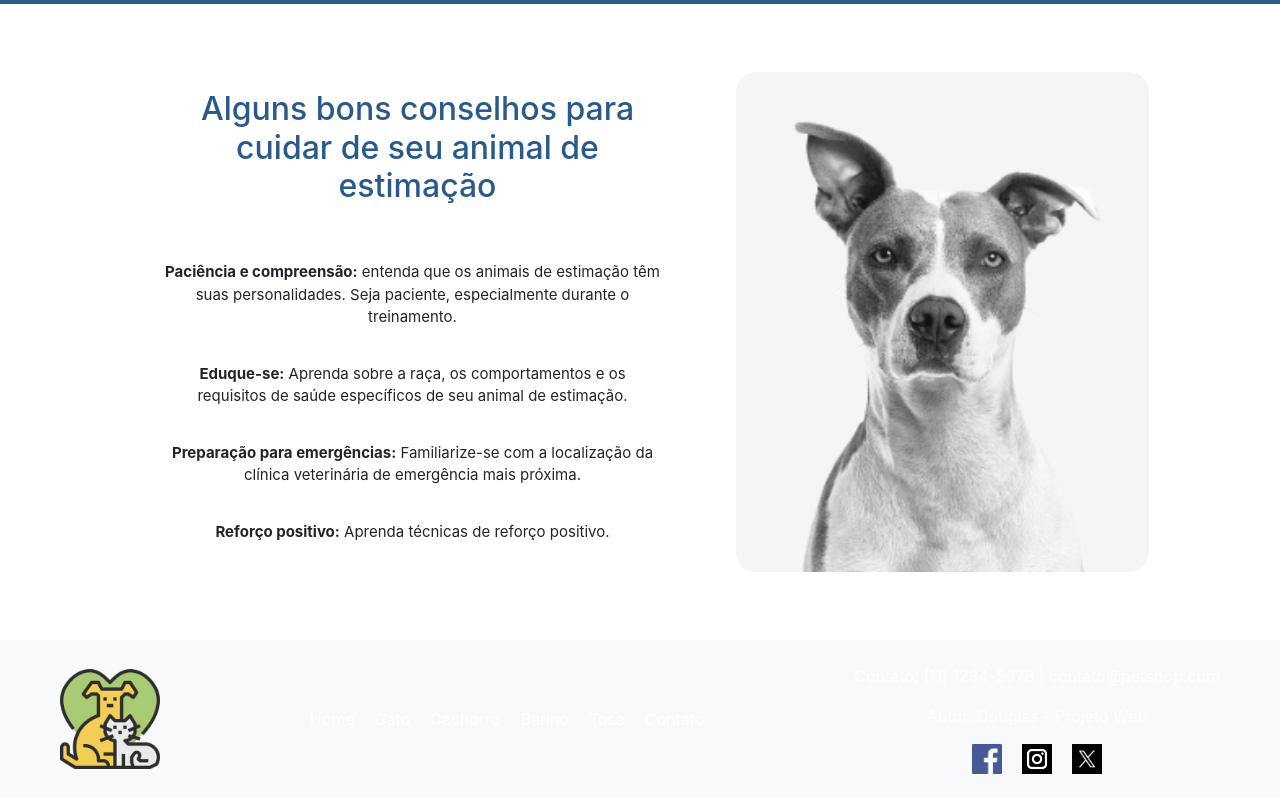
Repository: graeff01/petshop-project
Page: index.html
The author's editor kept a copy of each file at every save. The page is drawn from the files as they stood at one save, then again after the next save.
The browser window is 1280 px wide. The pictures show the part of the page from y = 1258 to 2056 px (the page is 2056 px tall).
A picture or video elsewhere on the page could not be fetched, so the positions and the page height are approximate.

Above is the page before, as saved 2024-09-18 11:07:17.

### index.html
<!DOCTYPE html>
<html lang="pt-br">
<head>
    <meta charset="UTF-8">
    <meta name="viewport" content="width=device-width, initial-scale=1.0">
    <title>PetShop - Home</title>
    <link rel="stylesheet" href="css/style.css">
    <link href="https://maxcdn.bootstrapcdn.com/bootstrap/4.5.2/css/bootstrap.min.css" rel="stylesheet">
</head>
<body>
    <!-- Cabeçalho com menu de navegação -->
    <header class="blue-background text-center p-4">
        <h1>Encontre tudo o que você precisa para seu animal de estimação</h1>
        <nav>
            <ul class="nav justify-content-center">
                <li class="nav-item">
                    <a class="nav-link active" href="index.html">Home</a>
                </li>
                <li class="nav-item">
                    <a class="nav-link" href="gato.html">Serviço para Gatos</a>
                </li>
                <li class="nav-item">
                    <a class="nav-link" href="dog.html">Serviço para Cachorros</a>
                </li>
                <li class="nav-item">
                    <a class="nav-link" href="banho.html">Banho</a>
                </li>
                <li class="nav-item">
                    <a class="nav-link" href="tosa.html">Tosa</a>
                </li>
                <li class="nav-item">
                    <a class="nav-link" href="contato.html">Contato</a>
                </li>
            </ul>
        </nav>
    </header>

    <!-- Carrossel de Imagens -->
    <section class="carousel-section container mt-5">
        <div id="carouselExampleIndicators" class="carousel slide" data-ride="carousel">
            <ol class="carousel-indicators">
                <li data-target="#carouselExampleIndicators" data-slide-to="0" class="active"></li>
                <li data-target="#carouselExampleIndicators" data-slide-to="1"></li>
                <li data-target="#carouselExampleIndicators" data-slide-to="2"></li>
            </ol>
            <div class="carousel-inner">
                <div class="carousel-item active">
                    <img class="d-block w-100" src="img/cat.png" alt="Primeira imagem">
                </div>
                <div class="carousel-item">
                    <img class="d-block w-100" src="img/dog.png" alt="Segunda imagem">
                </div>
                <div class="carousel-item">
                    <img class="d-block w-100" src="img/dog.png" alt="Terceira imagem">
                </div>
            </div>
            <a class="carousel-control-prev" href="#carouselExampleIndicators" role="button" data-slide="prev">
                <span class="carousel-control-prev-icon" aria-hidden="true"></span>
                <span class="sr-only">Previous</span>
            </a>
            <a class="carousel-control-next" href="#carouselExampleIndicators" role="button" data-slide="next">
                <span class="carousel-control-next-icon" aria-hidden="true"></span>
                <span class="sr-only">Next</span>
            </a>
        </div>
    </section>

    <!-- Seção principal -->
    <main class="container mt-5">
        <input type="text" placeholder="Procurar" class="form-control w-50 mx-auto my-3 search-bar">
        <div class="d-flex justify-content-center mb-4">
            <div class="animal-category mx-2">
                <a href="gato.html">
                    <div class="image-container">
                        <img src="img/cat.png" alt="Cats" class="img-thumbnail">
                        <div class="overlay">Cats</div>
                    </div>
                </a>
            </div>
            <div class="animal-category mx-2">
                <a href="dog.html">
                    <div class="image-container">
                        <img src="img/dog.png" alt="Dogs" class="img-thumbnail">
                        <div class="overlay">Dogs</div>
                    </div>
                </a>
            </div>
        </div>
    </main>

    <!-- Seção de Fidelidade -->
    <section class="membership text-center p-4">
        <div class="membership-content d-flex align-items-center justify-content-center">
            <div class="membership-text text-center">
                <h3>Torne-se um membro<br>E obtenha desconto</h3>
                <a href="cliente.html" class="btn btn-dark">Virar Membro</a>
            </div>
            <div class="membership-image">
                <img src="img/fidelidade.jpg" alt="Gift" class="img-fluid">
            </div>
        </div>
    </section>

    <!-- Conselhos -->
    <main class="container mt-5">
        <div class="advice-section d-flex justify-content-center align-items-center">
            <div class="advice-text text-center">
                <h2>Alguns bons conselhos para cuidar de seu animal de estimação</h2><br><br>
                <p><strong>Paciência e compreensão:</strong> entenda que os animais de estimação têm suas personalidades. Seja paciente, especialmente durante o treinamento.</p> <br>
                <p><strong>Eduque-se:</strong> Aprenda sobre a raça, os comportamentos e os requisitos de saúde específicos de seu animal de estimação.</p><br>
                <p><strong>Preparação para emergências:</strong> Familiarize-se com a localização da clínica veterinária de emergência mais próxima.</p><br>
                <p><strong>Reforço positivo:</strong> Aprenda técnicas de reforço positivo.</p>
            </div>
            <div class="advice-image text-center">
                <img src="img/dogg.png" alt="Dog Advice" class="img-fluid">
            </div>
        </div>
    </main>

    <!-- Rodapé com informações de contato -->
    <footer class="footer mt-5 p-4 bg-light text-center">
        <div class="footer-container">
            <div class="footer-left">
                <img src="img/logo.png" alt="PetShop Logo" class="footer-logo">
            </div>
            <div class="footer-center">
                <ul class="footer-links">
                    <li><a href="index.html">Home</a></li>
                    <li><a href="gato.html">Gato</a></li>
                    <li><a href="dog.html">Cachorro</a></li>
                    <li><a href="banho.html">Banho</a></li>
                    <li><a href="tosa.html">Tosa</a></li>
                    <li><a href="contato.html">Contato</a></li>
                </ul>
            </div>
            <div class="footer-right">
                <p>Contato: (11) 1234-5678 | contato@petshop.com</p>
                <p>Autor: Douglas - Projeto Web</p>
                <div class="social-icons">
                    <a href="#"><img src="img/face.png" alt="Facebook"></a>
                    <a href="#"><img src="img/insta.png" alt="Instagram"></a>
                    <a href="#"><img src="img/x.png" alt="Twitter"></a>
                </div>
            </div>
        </div>
    </footer>

    <script src="https://code.jquery.com/jquery-3.5.1.slim.min.js"></script>
    <script src="https://cdn.jsdelivr.net/npm/@popperjs/core@2.9.2/dist/umd/popper.min.js"></script>
    <script src="https://maxcdn.bootstrapcdn.com/bootstrap/4.5.2/js/bootstrap.min.js"></script>
</body>
</html>

### css/style.css
/* Estilos globais */
body {
    font-family: Arial, sans-serif;
    margin: 0;
    padding: 0;
}

/* Cabeçalho */
header.blue-background {
    background-color: #2a598b;
    color: white;
    padding: 20px 0;
    text-align: center;
    width: 100%;
    box-sizing: border-box;
}

header.blue-background h1 {
    font-size: 24px;
}

nav ul {
    padding: 0;
    margin: 0;
    list-style-type: none;
    display: flex;
    justify-content: center;
    background-color: #2368b3;
    padding: 10px 0;
}

nav ul li {
    margin: 0 15px;
}

nav ul li a {
    color: white;
    text-decoration: none;
    font-size: 18px;
    transition: color 0.3s ease;
}

nav ul li a:hover {
    color: #ffd700;
}

/* Barra de busca */
.search-bar {
    padding: 10px;
    font-size: 16px;
    width: 50%;
    margin: 20px auto;
    border-radius: 20px;
    border: 2px solid #fff;
    transition: all 0.3s ease;
}

.search-bar:focus {
    border-color: #000;
    outline: none;
}

/* Carrossel */
.carousel-item img {
    max-height: 400px;
    object-fit: cover;
}

/* Categorias de animais */
.animal-category .image-container {
    position: relative;
    width: 150px;
    height: 150px;
}

.animal-category .image-container img {
    width: 100%;
    height: 100%;
    border-radius: 10%;
}

.animal-category .image-container .overlay {
    position: absolute;
    bottom: 0;
    background: rgba(0, 0, 0, 0.5);
    color: #fff;
    width: 100%;
    text-align: center;
    padding: 10px 0;
    font-size: 16px;
    border-radius: 0 0 10% 10%;
}

/* Seção de Membros */
section.membership {
    background-color: #2a598b;
    padding: 60px 0;
    text-align: center;
    width: 100%;
    box-sizing: border-box;
}

.membership-content {
    background-color: #fff;
    border: 1px solid #000000ee;
    border-radius: 20px;
    padding: 20px;
    display: flex;
    align-items: center;
    text-align: left;
    max-width: 900px;
    margin: auto;
}

.membership-text {
    margin-right: 20px;
    text-align: center;
}

.membership-text h3 {
    font-size: 35px;
    margin-bottom: 10px;
}

.membership-image {
    flex: 1;
    text-align: center;
}

.membership-image img {
    max-width: 500px;
    height: auto;
    border-radius: 20px;
}

/* Seção de conselhos */
.advice-section {
    display: flex;
    justify-content: space-between;
    align-items: center;
    padding: 20px 0;
}

.advice-text {
    flex: 1;
    margin-left: 80px;
}

.advice-text h2 {
    color: #2a598b;
}

.advice-text p {
    font-size: 15px;
    margin-right: 10px;
    margin-bottom: 10px;
}

.advice-image {
    flex: 1;
    margin-left: 20px;
}

.advice-image img {
    max-width: 100%;
    height: 500px;
    border-radius: 20px;
}

/* Rodapé */
.footer {
    background-color: #d5d7d8;
    padding: 20px 0;
    color: white;
    text-align: center;
    width: 100%;
}

.footer-container {
    display: flex;
    justify-content: space-between;
    align-items: center;
    max-width: 1200px;
    margin: 0 auto;
    padding: 0 20px;
    box-sizing: border-box;
}

.footer-left img {
    width: 100px;
}

.footer-center {
    flex: 1;
}

.footer-links {
    list-style-type: none;
    padding: 0;
    margin: 0;
    display: flex;
    justify-content: center;
}

.footer-links li {
    margin: 0 10px;
}

.footer-links a {
    color: white;
    text-decoration: none;
    font-size: 16px;
}

.footer-links a:hover {
    text-decoration: underline;
}

.footer-right .social-icons {
    display: flex;
    justify-content: center;
}

.footer-right .social-icons a {
    margin: 0 10px;
}

.footer-right .social-icons img {
    width: 30px;
    height: 30px;
}

After the next save:
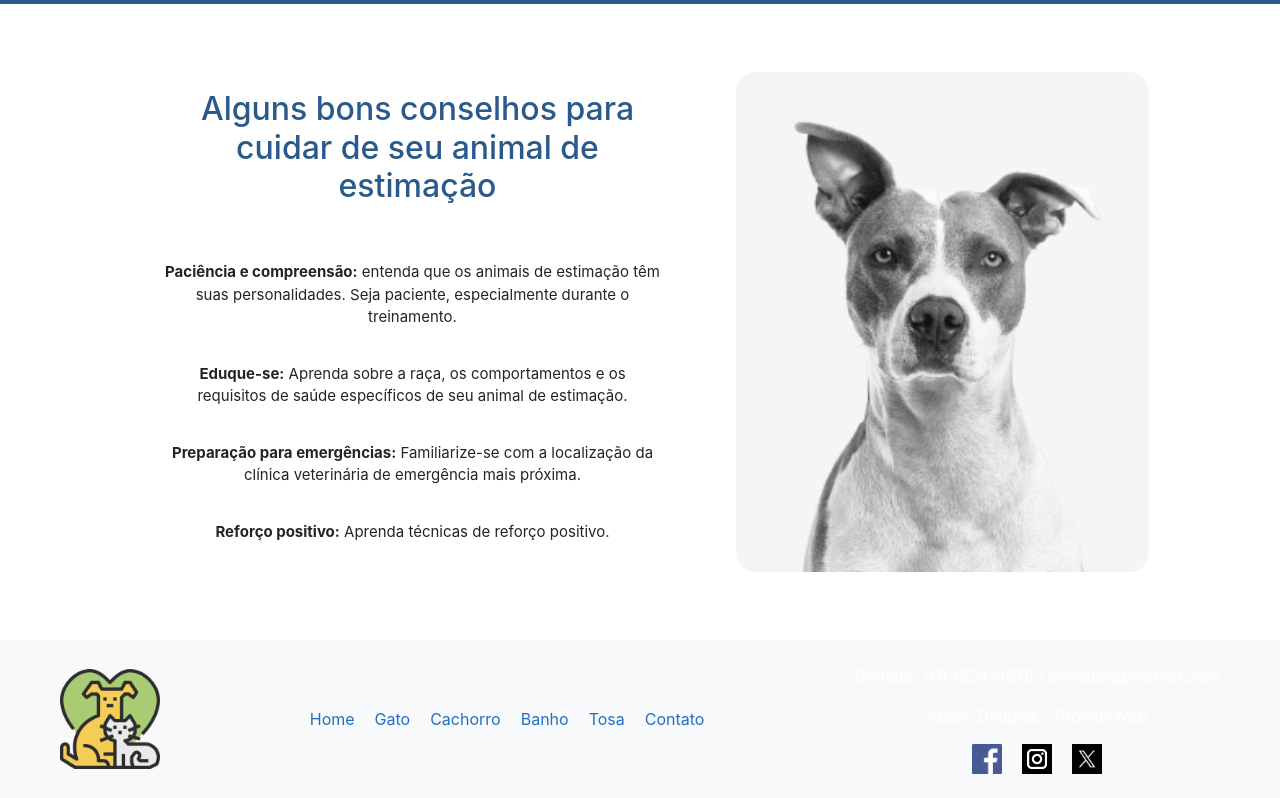
Saved 19 s later.
--- a/css/style.css
+++ b/css/style.css
@@ -207,7 +207,7 @@ section.membership {
 }
 
 .footer-links a {
-    color: white;
+    color: rgb(35, 111, 197);
     text-decoration: none;
     font-size: 16px;
 }
